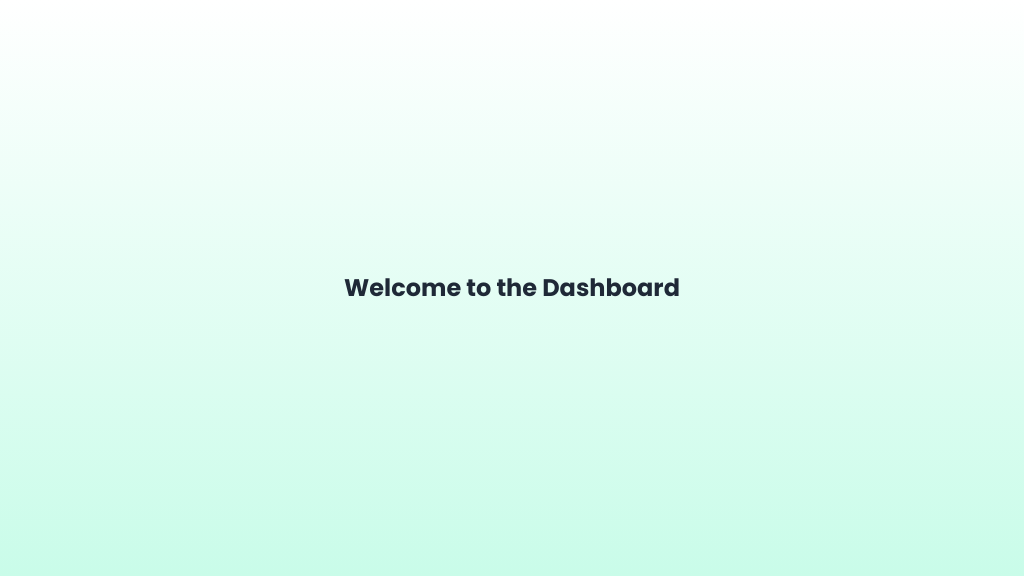
Repository: ShyrineJardin/pulse_admin
Page: /
The author's editor kept a copy of each file at every save. The page is drawn from the files as they stood at one save, then again after the next save.
The browser window is 1280 px wide. The pictures show the whole page, at 80% of full size.
The project was rebuilt for these pictures with package versions that can differ from the ones it lists, and the page was loaded fresh each time.

Above is the page before, as saved 2026-03-25 11:37:01.

After the next save:
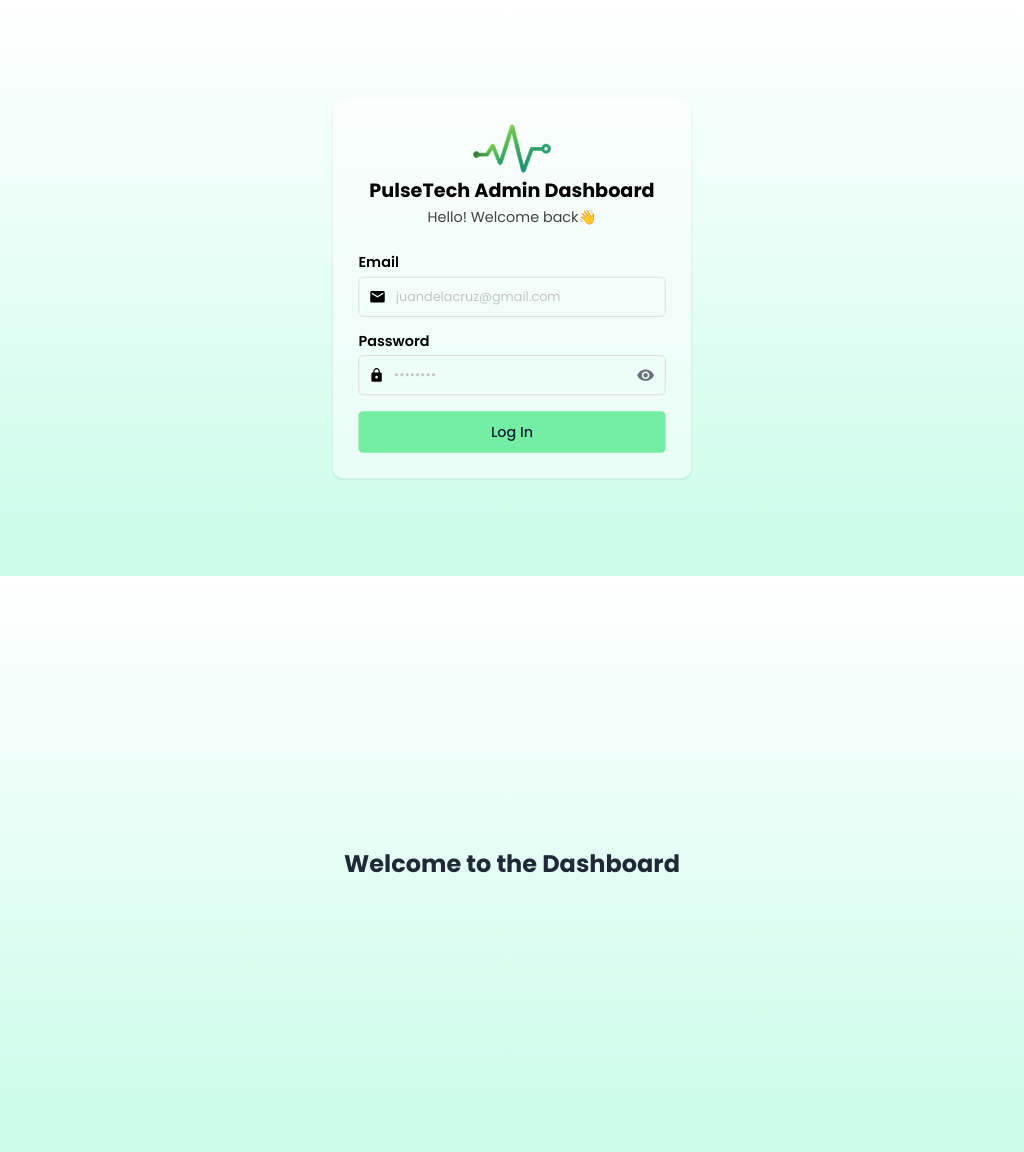
Saved 27 s later.
--- a/src/App.js
+++ b/src/App.js
@@ -4,7 +4,7 @@ import Dashboard from "./components/Dashboard";
 function App() {
   return (
     <div className="App">
-      {/* <Login /> */}
+      <Login />
       <Dashboard />
     </div>
   );
